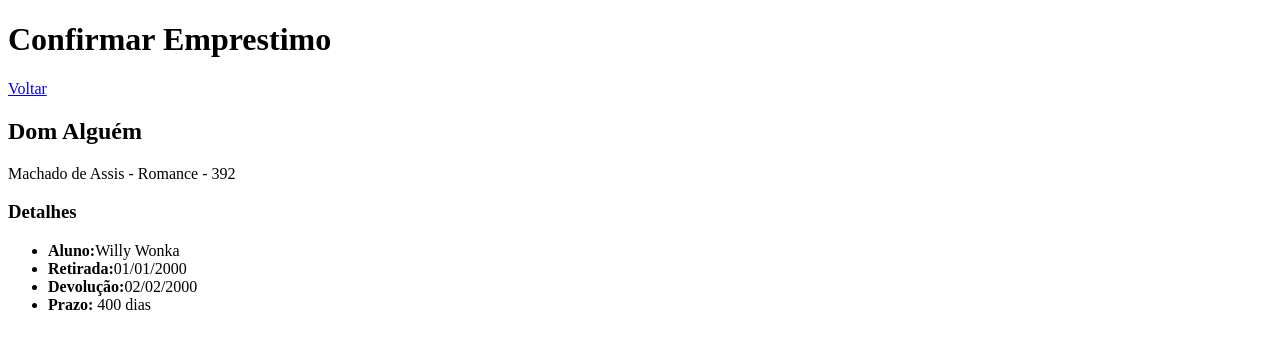
Repository: melloeduarda/html
Page: confirmar.html
These files come from the project's save history. The page is drawn as it stood at one moment and after the next save; the edit follows.
The browser window is 1280 px wide. The pictures show the whole page.

Above is the page before, as saved 2026-10-28 16:22:10.

After the next save:
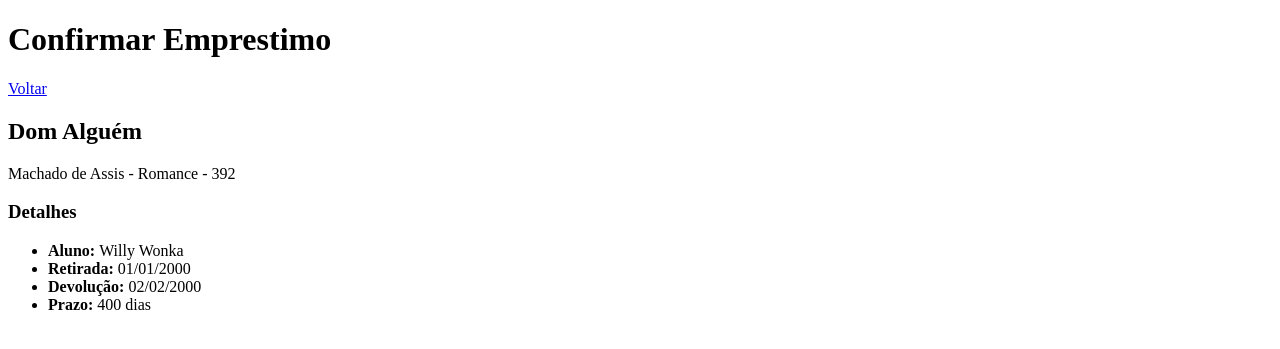
Saved 5 s later.
--- a/confirmar.html
+++ b/confirmar.html
@@ -16,9 +16,9 @@
 
         <h3>Detalhes</h3>
         <ul>
-            <li><strong>Aluno:</strong>Willy Wonka</li>
-            <li><strong>Retirada:</strong>01/01/2000</li>
-            <li><strong>Devolução:</strong>02/02/2000</li>
+            <li><strong>Aluno: </strong>Willy Wonka</li>
+            <li><strong>Retirada: </strong>01/01/2000</li>
+            <li><strong>Devolução: </strong>02/02/2000</li>
             <Li><strong>Prazo: </strong>400 dias</Li>
         </ul>
 </body>
